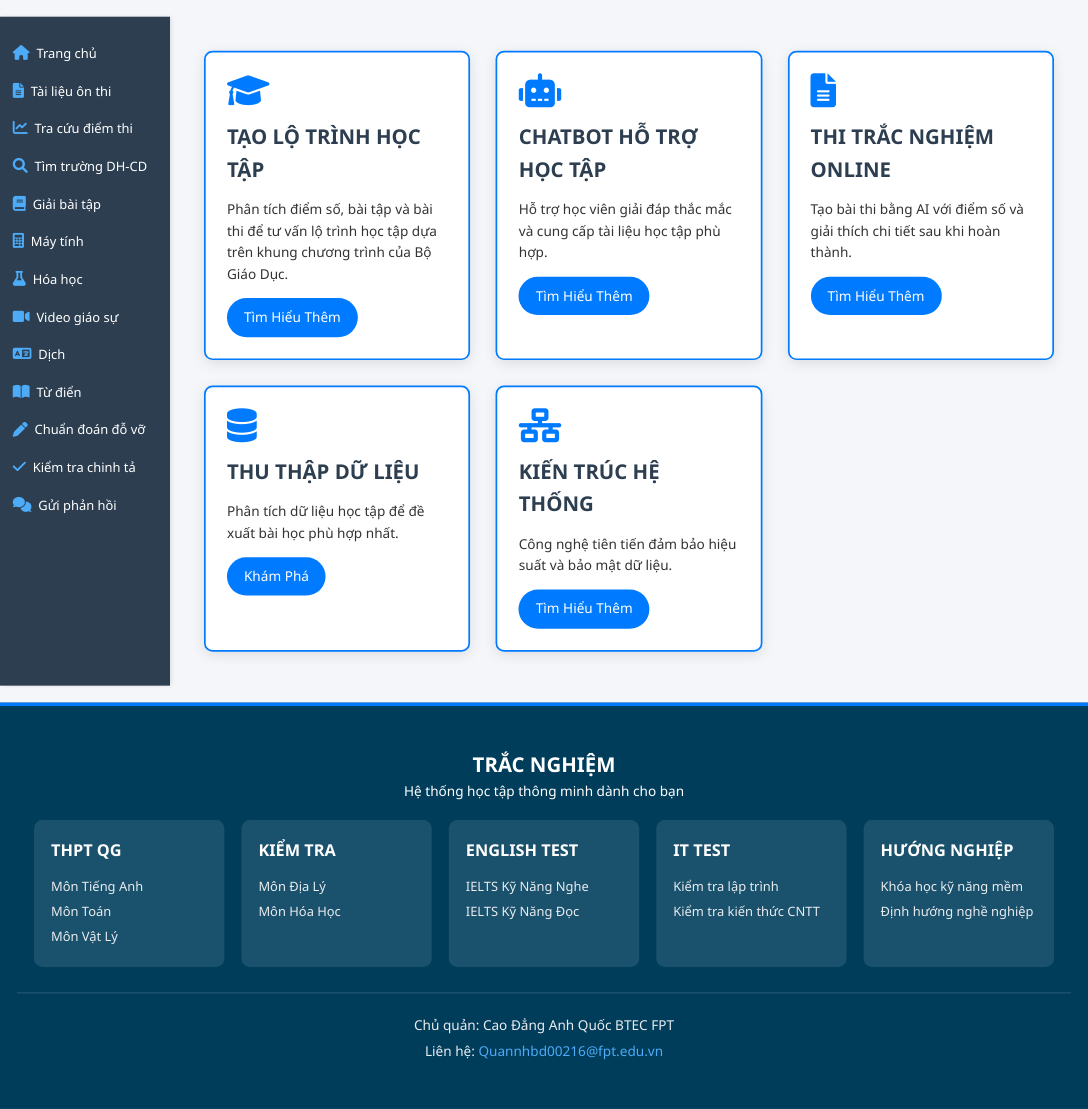
Repository: quankenda73/Prject_Final
Page: INDEX/Home_Page.html
The author's editor kept a copy of each file at every save. The page is drawn from the files as they stood at one save, then again after the next save.
The browser window is 1280 px wide. The pictures show the part of the page from y = 782 to 2087 px (the page is 2087 px tall before and 2047 px after), at 85% of full size.

Above is the page before, as saved 2025-02-26 15:49:29.

After the next save:
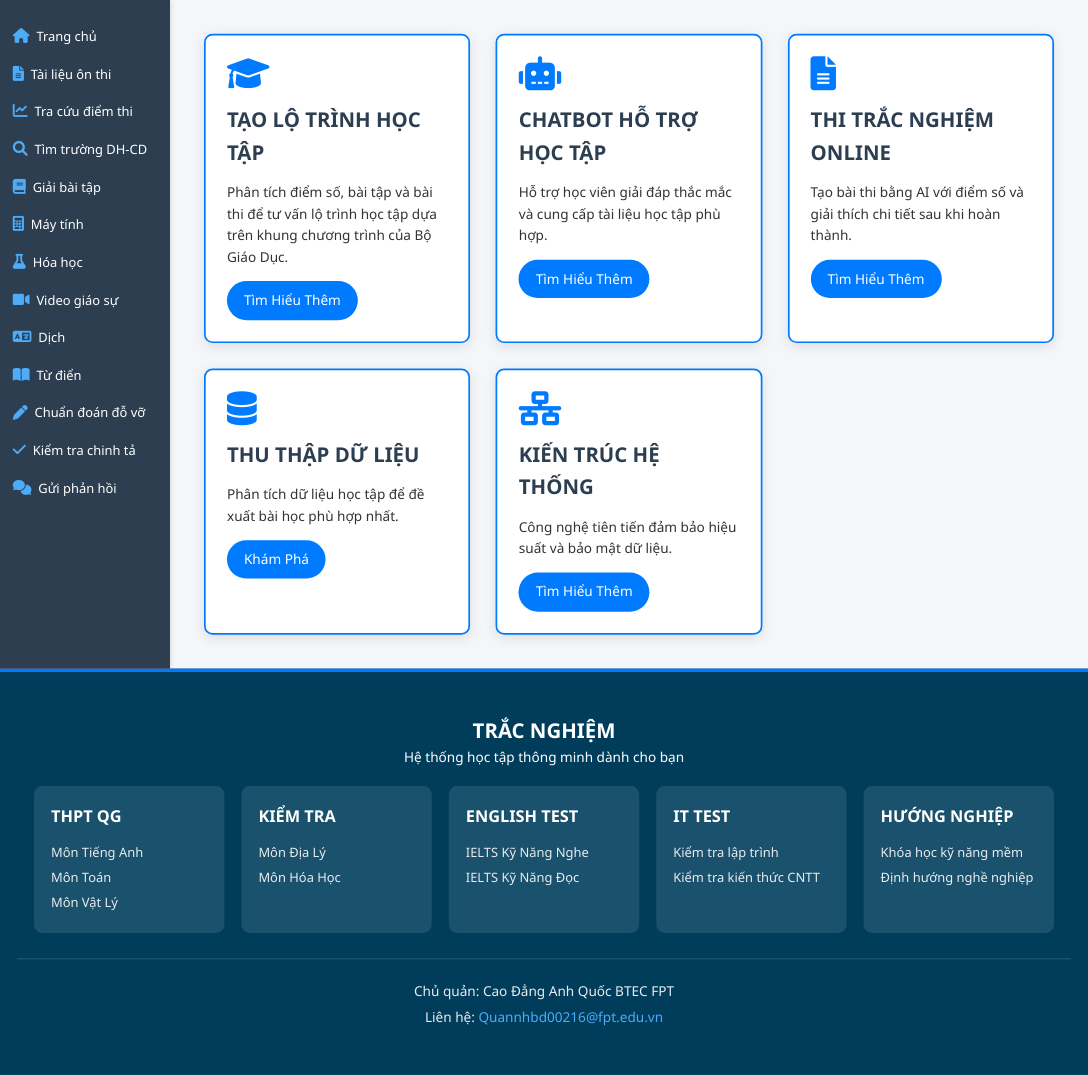
Saved 2 min 25 s later.
--- a/INDEX/Home_Page.html
+++ b/INDEX/Home_Page.html
@@ -19,8 +19,7 @@
             line-height: 1.6;
             color: #333;
             background-color: #f5f6fa;
-            margin-left: 0;
-            transition: margin-left 0.3s ease;
+            margin: 0; /* Xóa toàn bộ margin mặc định */
         }
 
         /* Header */
@@ -29,7 +28,7 @@
             color: white;
             padding: 2rem 0;
             position: relative;
-            margin-left: 0;
+            margin: 0; /* Xóa margin */
         }
 
         .header-content {
@@ -119,7 +118,7 @@
             position: sticky;
             top: 0;
             z-index: 1000;
-            margin-left: 0;
+            margin: 0; /* Xóa margin */
         }
 
         nav a {
@@ -145,7 +144,7 @@
             position: relative;
             overflow: hidden;
             background: #000;
-            margin-left: 0;
+            margin: 0; /* Xóa margin */
         }
 
         .slider-images {
@@ -233,8 +232,8 @@
             display: flex;
             flex-wrap: wrap;
             max-width: 1400px;
-            margin: 0; /* Xóa margin trái phải để sát cạnh */
-            padding: 20px 20px 20px 0; /* Xóa padding trái để sát cạnh trái */
+            margin: 0; /* Xóa margin để sát slider và footer */
+            padding: 0 20px 0 0; /* Xóa padding trên và dưới để sát slider và footer */
             gap: 20px;
         }
 
@@ -303,7 +302,7 @@
             box-shadow: 2px 0 5px rgba(0, 0, 0, 0.1);
             overflow-y: auto;
             transition: all 0.3s ease;
-            margin-right: 0;
+            margin: 0; /* Xóa margin để sát slider và footer */
             color: #fff;
         }
 
@@ -370,7 +369,7 @@
             color: white;
             padding: 50px 20px;
             border-top: 4px solid #007bff;
-            margin-left: 0;
+            margin: 0; /* Xóa margin để sát content-wrapper */
         }
 
         .footer-title {
